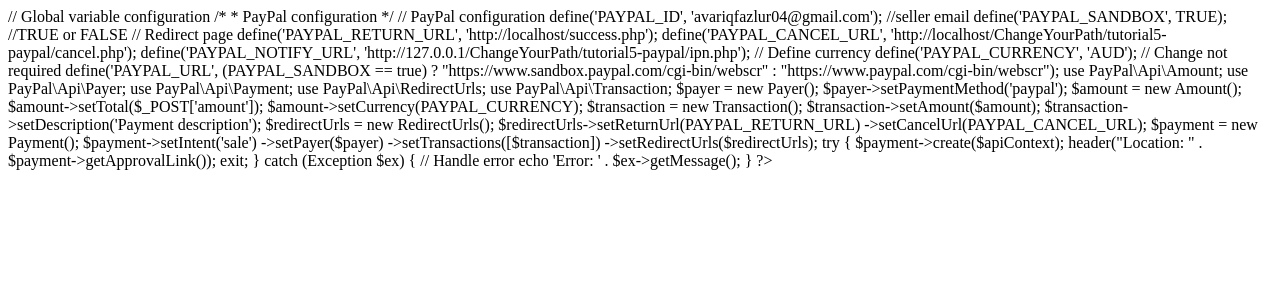
Repository: avariqfr30/assignment2-copy
Page: http://localhost/ChangeYourPath/paypal_payment.php
These files come from the project's save history. The page is drawn as it stood at one moment and after the next save; the edit follows.
The browser window is 1280 px wide. The pictures show the whole page.
The page is run by PHP 8.4 with error messages shown; the project is at /var/www/html/.

Above is the page before, as saved 2024-09-10 01:08:14.

After the next save:
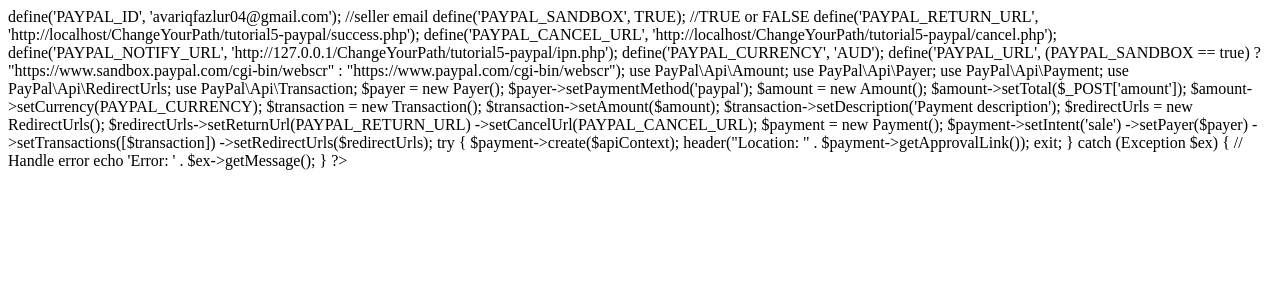
Saved 6 s later.
--- a/paypal_payment.php
+++ b/paypal_payment.php
@@ -1,18 +1,14 @@
-// Global variable configuration
-/*
-* PayPal configuration
-*/
-// PayPal configuration
+
 define('PAYPAL_ID', 'avariqfazlur04@gmail.com'); //seller email
 define('PAYPAL_SANDBOX', TRUE); //TRUE or FALSE
-// Redirect page
-define('PAYPAL_RETURN_URL', 'http://localhost/success.php');
+
+define('PAYPAL_RETURN_URL', 'http://localhost/ChangeYourPath/tutorial5-paypal/success.php');
 define('PAYPAL_CANCEL_URL', 'http://localhost/ChangeYourPath/tutorial5-paypal/cancel.php');
 define('PAYPAL_NOTIFY_URL', 'http://127.0.0.1/ChangeYourPath/tutorial5-paypal/ipn.php');
-// Define currency
+
 define('PAYPAL_CURRENCY', 'AUD');
 
-// Change not required
+
 define('PAYPAL_URL', (PAYPAL_SANDBOX == true) ? "https://www.sandbox.paypal.com/cgi-bin/webscr" : "https://www.paypal.com/cgi-bin/webscr");
 
 use PayPal\Api\Amount;
